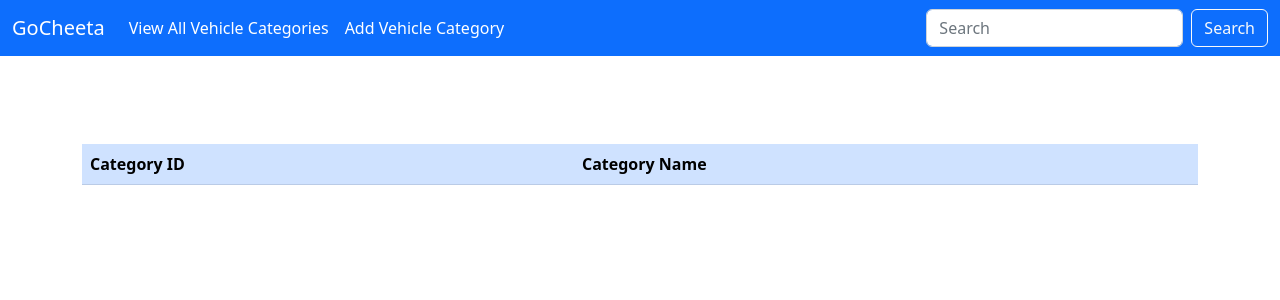
Repository: laksara20/gocheeta
Page: http://localhost/gocheeta-online/VehicleCategory?type=add
These files come from the project's save history. The page is drawn as it stood at one moment and after the next save; the edit follows.
The browser window is 1280 px wide. The pictures show the whole page.
The page is served by Tomcat 9. Queries for data that is not in the repository find no rows.

Above is the page before, as saved 2022-09-16 14:04:06.

After the next save:
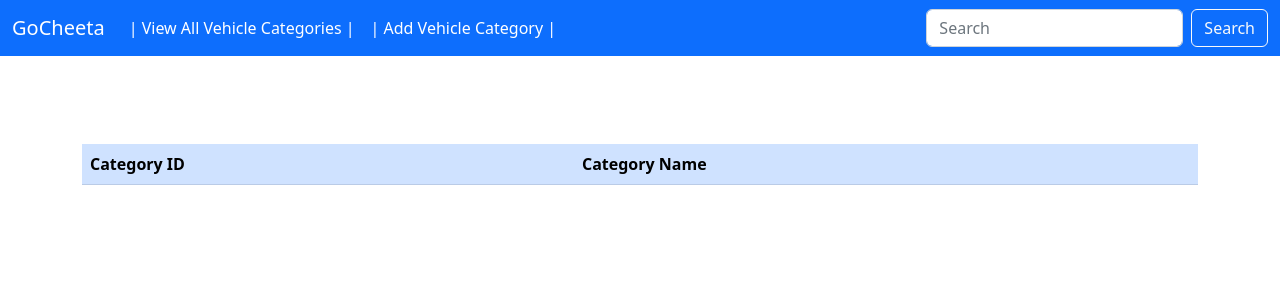
Saved 2 min 45 s later.
--- a/gocheeta-online/src/main/webapp/gocheeta-vehiclecategories.jsp
+++ b/gocheeta-online/src/main/webapp/gocheeta-vehiclecategories.jsp
@@ -31,9 +31,9 @@
 			<div class="collapse navbar-collapse" id="navbarSupportedContent">
 				<ul class="navbar-nav me-auto mb-2 mb-lg-0">
 					<li class="nav-item"><a class="nav-link active"
-						aria-current="page" href="#">View All Vehicle Categories</a></li>
-					<li class="nav-item"><a class="nav-link active" href="#">Add
-							Vehicle Category</a></li>
+						aria-current="page" href="#">| View All Vehicle Categories |</a></li>
+					<li class="nav-item"><a class="nav-link active" href="#">| Add
+							Vehicle Category |</a></li>
 				</ul>
 				<form class="d-flex" role="search">
 					<input class="form-control me-2" type="search" placeholder="Search"
